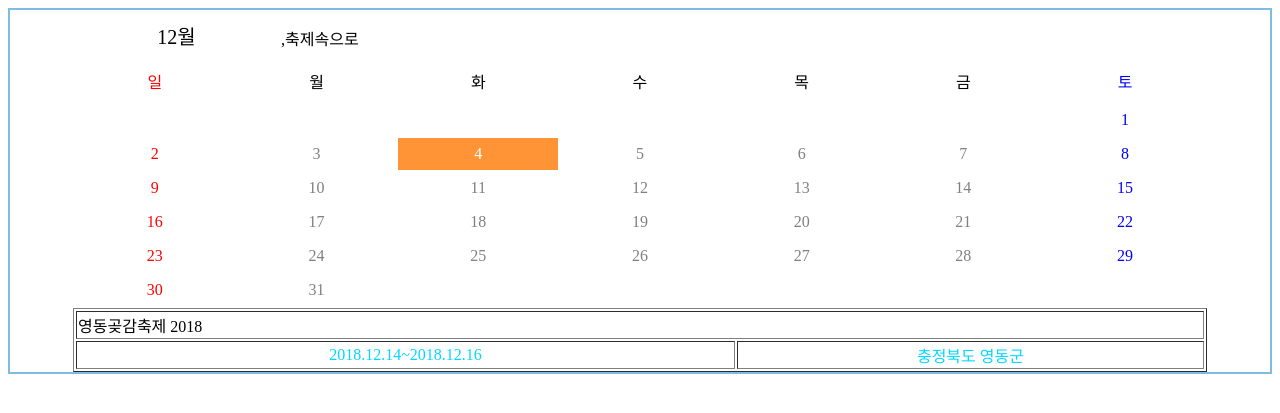
Repository: jih3508/Webproject_Rest
Page: http://localhost/comma1004/include/sideCalendar.jsp
These files come from the project's save history. The page is drawn as it stood at one moment and after the next save; the edit follows.
The browser window is 1280 px wide. The pictures show the whole page.
The page is served by Tomcat 9. Nobody is signed in. The application's start-up code is not run.

Above is the page before, as saved 2018-12-04 11:44:20.

After the next save:
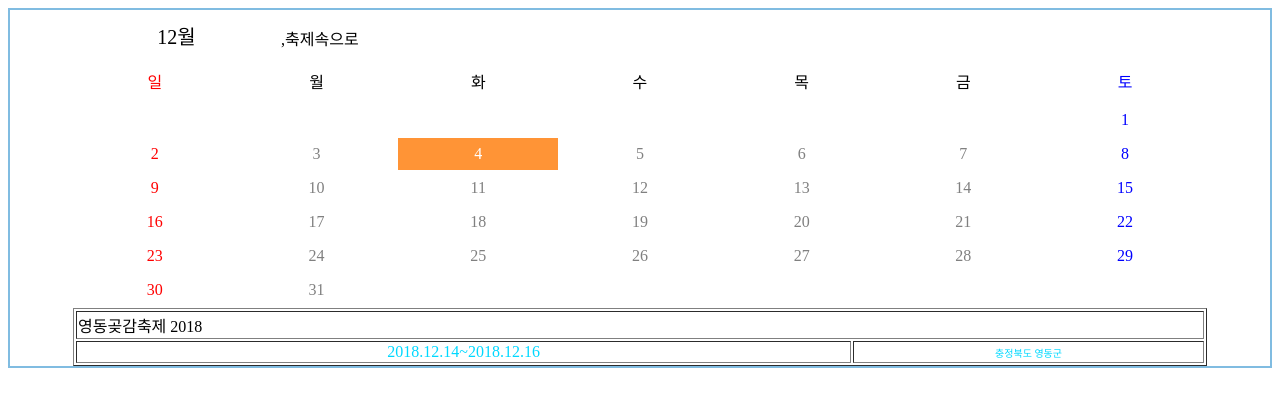
Saved 31 s later.
--- a/comma1004/src/main/webapp/include/sideCalendar.jsp
+++ b/comma1004/src/main/webapp/include/sideCalendar.jsp
@@ -109,7 +109,7 @@
 		<td colspan="2" align="left">영동곶감축제 2018</td>
 	</tr>
 	<tr>
-		<td style="color:#00D8FF">2018.12.14~2018.12.16</td><td style="color:#00D8FF">충정북도 영동군</td>
+		<td style="color:#00D8FF">2018.12.14~2018.12.16</td><td style="color:#00D8FF; font-size:10px; ">충정북도 영동군</td>
 	</tr>
 </table>
 </div>
